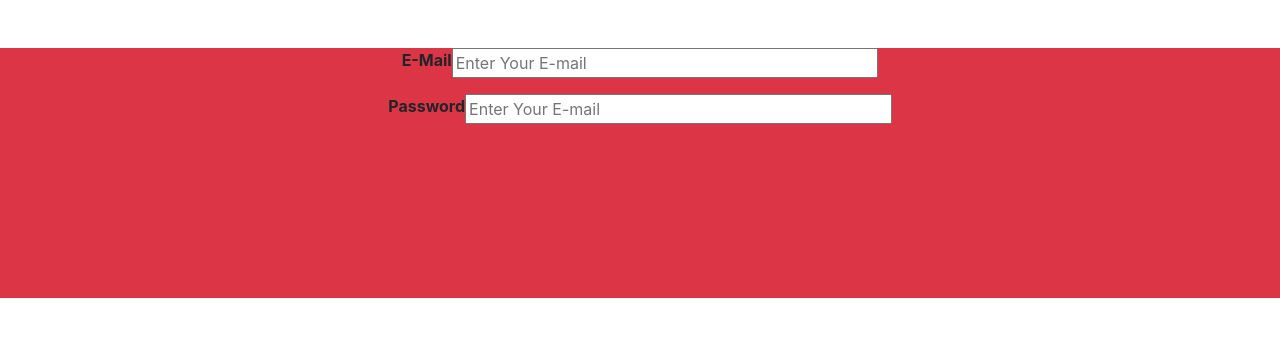
Repository: mariamkhaledsapra/E-Commerce-main
Page: /login
The author's editor kept a copy of each file at every save. The page is drawn from the files as they stood at one save, then again after a run of saves.
The browser window is 1280 px wide. The pictures show the whole page.
The project was rebuilt for these pictures with package versions that can differ from the ones it lists, and the page was loaded fresh each time. Also part of the build but not shown: src/components/Navbar.jsx.

Above is the page before, as saved 2024-02-13 21:39:54.

### public/index.html
<!DOCTYPE html>
<html lang="en">
  <head>
    <meta charset="utf-8" />
    <link rel="icon" href="%PUBLIC_URL%/favicon.ico" />
    <meta name="viewport" content="width=device-width, initial-scale=1" />
    <meta name="theme-color" content="#000000" />
    <meta
      name="description"
      content="Web site created using create-react-app"
    />
    <link href="https://cdn.jsdelivr.net/npm/bootstrap@5.1.3/dist/css/bootstrap.min.css" rel="stylesheet" integrity="sha384-1BmE4kWBq78iYhFldvKuhfTAU6auU8tT94WrHftjDbrCEXSU1oBoqyl2QvZ6jIW3" crossorigin="anonymous">

    <title>React App</title>
  </head>
  <body>
    <div id="root"></div>
  </body>
</html>

### src/index.js
import React from "react";
import ReactDOM from "react-dom/client";
import "./index.css";
import App from "./App";
import reportWebVitals from "./reportWebVitals";
import { createBrowserRouter, RouterProvider } from "react-router-dom";
import Login from "./components/Login";
import Navbar from "./components/Navbar";

const Routes = createBrowserRouter([
  {
    path: "/",
    element: <App />,
    children: [
      {
        index:true,
        element: <Navbar />,
      },
      {
        path: "/login",
        element: <Login />,
      },
    ],
  },
]);

const root = ReactDOM.createRoot(document.getElementById("root"));
root.render(
  <RouterProvider router={Routes}>
    <App />
  </RouterProvider>
);

reportWebVitals();

### src/App.js
import logo from './logo.svg';
import './App.css';
import Navbar from './components/Navbar';
import { Outlet } from 'react-router-dom';

function App() {
  return (
    <div className="App">
      <Outlet/>
    </div>
  );
}

export default App;

### src/components/Login.jsx
import React from "react";

const Login = () => {
  return (
    <div className="bg-danger  mt-5" style={{ height: "250px" }}>
      {" "}
      <div className="mb-3  d-flex justify-content-center">
        <label className="fw-bolder">E-Mail</label>
        <div className="col-4">
          <input type="email" placeholder="Enter Your E-mail" className={"w-100"}/>
        </div>
      </div>
      <div className="mb-3  d-flex justify-content-center">
        <label className="fw-bolder">Password</label>
        <div className="col-4">
          <input type="password" placeholder="Enter Your E-mail" className={"w-100"}/>
        </div>
      </div>

    </div>
  );
};

export default Login;

Loaded but not shown: src/index.css (common file); src/reportWebVitals.js (common file); src/App.css (common file)

After the next 2 saves:
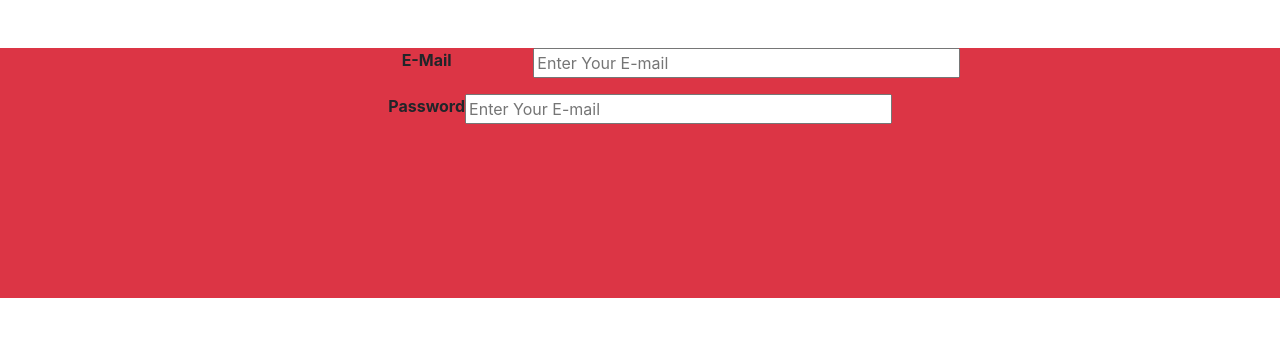
The 2 saves are shown as one change because they came seconds apart.
The last was saved 14 s later.
--- a/src/components/Login.jsx
+++ b/src/components/Login.jsx
@@ -5,7 +5,7 @@ const Login = () => {
     <div className="bg-danger  mt-5" style={{ height: "250px" }}>
       {" "}
       <div className="mb-3  d-flex justify-content-center">
-        <label className="fw-bolder">E-Mail</label>
+        <label className="fw-bolder col-2">E-Mail</label>
         <div className="col-4">
           <input type="email" placeholder="Enter Your E-mail" className={"w-100"}/>
         </div>
